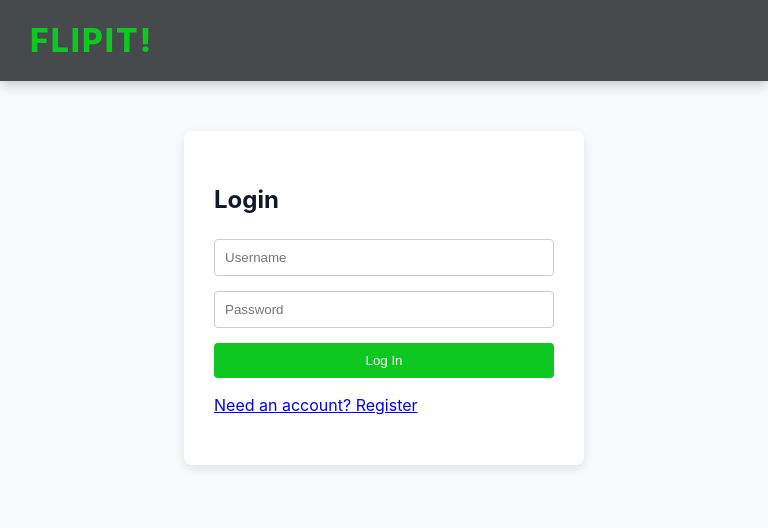
Repository: Mohyih/flipit
Page: / (app in frontend/)
These files come from the project's save history. The page is drawn as it stood at one moment and after the next save; the edit follows.
The browser window is 768 px wide. The pictures show the whole page.
The project was rebuilt for these pictures with package versions that can differ from the ones it lists, and the page was loaded fresh each time. Also part of the build but not shown: frontend/vite.config.js, frontend/src/components/Dashboard.jsx, frontend/src/components/SetEditor.jsx, frontend/src/components/Quiz.jsx.

Above is the page before, as saved 2025-10-24 22:07:30.

### frontend/src/index.css
:root {
  --color-primary-green: #00C853;
  --color-header-bg: #263238;
  --color-text-light: #ECEFF1;
  --color-text-dark: #37474F;
  --color-background: #f4f4f9;
}

body {
  font-family: -apple-system, BlinkMacSystemFont, "Segoe UI", Roboto, "Helvetica Neue", Arial, sans-serif;
  margin: 0;
  padding: 0;
  background-color: var(--color-background);
  color: var(--color-text-dark);
}

.container {
    max-width: 1200px;
    margin: 0 auto;
    padding: 20px;
}

.set-card-description {
    font-size: 0.9em;
    color: var(--color-gray-dark);
    margin-bottom: 10px;
    height: 60px;
    overflow: hidden;
    text-overflow: ellipsis;
    display: -webkit-box;

    -webkit-box-orient: vertical;
}

.dark-mode .set-card-description {
    color: var(--color-gray-dark);
}

.set-card .card-count-text {
    font-size: 0.9em;
    color: #6c757d;
    position: absolute;
    bottom: 20px;
    left: 20px;
}

.dark-mode .set-card .card-count-text {
    color: var(--color-gray-dark);
}

### frontend/src/App.jsx
import React, { useState, useEffect } from 'react';
import './App.css';
import Auth from './components/Auth.jsx';
import Dashboard from './components/Dashboard.jsx';
import SetEditor from './components/SetEditor.jsx';
import Quiz from './components/Quiz.jsx';

// Change this later if you deploy backend online
const API_BASE_URL = 'http://localhost:8080/api';

const App = () => {
  const [theme, setTheme] = useState(localStorage.getItem('flipit_theme') || 'light');
  const [token, setToken] = useState(localStorage.getItem('flipit_token') || null);
  const [user, setUser] = useState(null);
  const [view, setView] = useState(token ? 'dashboard' : 'auth');
  const [currentSetId, setCurrentSetId] = useState(null);
  const [currentSet, setCurrentSet] = useState(null);
  const [sets, setSets] = useState([]);
  const [error, setError] = useState(null);
  const [loading, setLoading] = useState(false);

  useEffect(() => {
    document.body.className = theme === 'dark' ? 'dark-mode' : '';
    localStorage.setItem('flipit_theme', theme);
  }, [theme]);

  const toggleTheme = () => setTheme(prev => (prev === 'light' ? 'dark' : 'light'));

  const apiCall = async (endpoint, method = 'GET', body = null) => {
    setError(null);
    try {
      const headers = { 'Content-Type': 'application/json' };
      if (token) headers['Authorization'] = `Bearer ${token}`;
      const response = await fetch(`${API_BASE_URL}${endpoint}`, {
        method,
        headers,
        body: body ? JSON.stringify(body) : null,
      });
      const data = await response.json();
      if (!response.ok) throw new Error(data.error || 'API error');
      return data;
    } catch (err) {
      setError(err.message);
      console.error(err);
      if (err.message.includes('Authentication')) handleLogout();
      throw err;
    }
  };

  useEffect(() => {
    if (token) {
      setUser({ username: 'Authenticated User' });
      setView('dashboard');
    } else {
      setView('auth');
    }
  }, [token]);

  const handleLogin = newToken => {
    setToken(newToken);
    localStorage.setItem('flipit_token', newToken);
  };

  const handleLogout = () => {
    setToken(null);
    setUser(null);
    setSets([]);
    localStorage.removeItem('flipit_token');
    setView('auth');
  };

  const fetchSetDetails = async setId => {
    try {
      const data = await apiCall(`/sets/${setId}`);
      setCurrentSet(data);
      return data;
    } catch {
      return null;
    }
  };

  const navigateToDashboard = () => {
    setCurrentSetId(null);
    setCurrentSet(null);
    setView('dashboard');
  };

  const navigateToEditor = async setId => {
    setCurrentSetId(setId);
    await fetchSetDetails(setId);
    setView('editor');
  };

  const navigateToQuiz = async setId => {
    setCurrentSetId(setId);
    await fetchSetDetails(setId);
    setView('quiz');
  };

  const navigateToCreateSet = () => {
    setCurrentSetId(null);
    setCurrentSet({ set_id: null, title: '', cards: [] });
    setView('editor');
  };

  const renderContent = () => {
    if (!token) return <Auth apiCall={apiCall} onLogin={handleLogin} />;

    switch (view) {
      case 'dashboard':
        return (
          <Dashboard
            apiCall={apiCall}
            navigateToEditor={navigateToEditor}
            navigateToQuiz={navigateToQuiz}
            navigateToCreateSet={navigateToCreateSet}
            user={user}
            sets={sets}
            setSets={setSets}
          />
        );
      case 'editor':
        return currentSet ? (
          <SetEditor
            apiCall={apiCall}
            set={currentSet}
            refreshSet={() => fetchSetDetails(currentSetId)}
            navigateToDashboard={navigateToDashboard}
          />
        ) : (
          <div>Loading set editor...</div>
        );
      case 'quiz':
        return currentSet ? (
          <Quiz apiCall={apiCall} set={currentSet} navigateToDashboard={navigateToDashboard} />
        ) : (
          <div>Loading quiz...</div>
        );
      default:
        return <div>404: View not found.</div>;
    }
  };

  return (
    <div className={`app ${theme}-mode`}>
      <header className="app-header">
        <h1 onClick={navigateToDashboard} className="logo-button">FLIPIT!</h1>
        <nav className="header-controls">
          {token && (
            <>
              <button onClick={navigateToCreateSet} className="create-set-button">
                + Create Set
              </button>
              <button onClick={toggleTheme} className="nav-button theme-toggle-button">
                {theme === 'light' ? '☾' : '☼'}
              </button>
              <button onClick={handleLogout} className="nav-button logout-button">
                Logout
              </button>
            </>
          )}
        </nav>
      </header>

      {error && <div className="error-message">{error}</div>}
      {loading && <div className="loading-overlay">Loading...</div>}
      {renderContent()}
    </div>
  );
};

export default App;

### frontend/src/App.css
*, *::before, *::after {
    box-sizing: border-box;
}


:root {

    --color-header-bg: #474a4d;
    --color-primary-green: #0fc721;
    --color-text-light: #f3f4f6;
    --color-text-dark: #111827;
    --color-background-light: #f9fafb;
    --color-gray-dark: #4b5563;
    --color-gray-light: #d1d5db;


    --font-family: 'Inter', system-ui, -apple-system, BlinkMacSystemFont, "Segoe UI", Roboto, Oxygen, Ubuntu, Cantarell, "Open Sans", "Helvetica Neue", sans-serif;
}

body.dark-mode {

    background-color: #1a1a1a;
    color: var(--color-text-light);
}

.dark-mode {

    --color-header-bg: #111111;
    --color-text-dark: #f3f4f6;
    --color-background-light: #1a1a1a;
    --color-gray-dark: #b0b0b0;
    --color-gray-light: #333333;

    .set-card,
    .auth-form,
    .quiz-completion-container,
    .add-card-form-container,
    .card-front,
    .card-back

    {
        background: #282828;
        box-shadow: 0 4px 12px rgba(0, 0, 0, 0.5);
    }

    .set-card h4, .set-card p {
        color: var(--color-text-dark);
    }

    .card-front, .card-back {
        color: var(--color-text-dark);
    }

    .card-front {
        border-color: #444;
    }

    .card-back {
        border-color: #777;
        color: var(--color-text-light);
    }


    .card-editor-table th {
        background-color: #333;
        color: var(--color-text-light);
    }
    .card-editor-table th, .card-editor-table td {
        border-bottom: 1px solid #444;
    }


    .quiz-progress-bar-container {
        background-color: #282828;
        box-shadow: 0 4px 15px rgba(0, 0, 0, 0.5);
    }
    .progress-segment {
        background-color: #333333;
    }
    .progress-label {
        color: var(--color-gray-dark);
    }
}

html, body {
    margin: 0;
    padding: 0;
    height: 100%;
    width: 100%;
}

body {
    font-family: var(--font-family);
    background-color: var(--color-background-light);
    color: var(--color-text-dark);
    line-height: 1.6;
    min-height: 100vh;
    -webkit-font-smoothing: antialiased;
}

.app-header {
    background-color: var(--color-header-bg);
    padding: 15px 30px;
    box-shadow: 0 4px 12px rgba(0, 0, 0, 0.2);
    display: flex;
    justify-content: space-between;
    align-items: center;
}

.app-header h1 {
    font-size: 2em;
    font-weight: 800;
    color: var(--color-primary-green);
    letter-spacing: 2px;
    margin: 0;
}

.logo-button {
    cursor: pointer;
    transition: opacity 0.2s ease;
}

.logo-button:hover {
    opacity: 0.85;
}


.nav-button {
    background: transparent;
    color: var(--color-text-light);
    border: none;
    padding: 8px 15px;
    margin-left: 10px;
    cursor: pointer;
    font-weight: 500;
    border-radius: 8px;
    transition: background-color 0.2s ease;
}

.nav-button:hover {
    background: rgba(255, 255, 255, 0.15);
}


.create-set-button {
    background-color: var(--color-primary-green);
    color: var(--color-header-bg);
    font-weight: 700;
    border-radius: 25px;
    padding: 10px 20px;
    margin-left: 20px;
    transition: background-color 0.2s ease, transform 0.1s ease, box-shadow 0.2s ease;
    box-shadow: 0 4px 6px rgba(0, 0, 0, 0.15);
    border: none;
    outline: none;
    box-shadow: none;
}

.create-set-button:hover {
    background-color: #00A647;
    transform: translateY(-2px);
    box-shadow: 0 6px 10px rgba(0, 0, 0, 0.25);
}


.logout-button {
    background-color: #e74c3c;
    color: white;
    font-weight: 700;
    border-radius: 25px;
    padding: 10px 20px;
    margin-left: 20px;
    box-shadow: 0 4px 6px rgba(0, 0, 0, 0.15);
}

.logout-button:hover {
    background-color: #c0392b;
    transform: translateY(-2px);
    box-shadow: 0 6px 10px rgba(0, 0, 0, 0.25);
}


.auth-form {
    max-width: 400px;
    margin: 50px auto;
    padding: 30px;
    background: white;
    border-radius: 8px;
    box-shadow: 0 4px 12px rgba(0, 0, 0, 0.1);
}

.auth-form input {
    width: 100%;
    padding: 10px;
    margin-bottom: 15px;
    border: 1px solid #ccc;
    border-radius: 4px;
    box-sizing: border-box;
}

.auth-form button {
    width: 100%;
    padding: 10px;
    background-color: #0fc721;
    color: white;
    border: none;
    border-radius: 4px;
    cursor: pointer;
}

.auth-form button:hover {
    background-color: #45a049;
}

.quiz-progress-bar-container {
    display: flex;
    justify-content: center;
    gap: 15px;
    margin-bottom: 30px;
    background-color: #fff;
    padding: 15px 25px;
    border-radius: 12px;
    box-shadow: 0 4px 15px rgba(0, 0, 0, 0.08);
    max-width: 500px;
    margin-left: auto;
    margin-right: auto;
}

.progress-segment {
    display: flex;
    flex-direction: column;
    align-items: center;
    padding: 8px 15px;
    border-radius: 8px;
    background-color: #f0f4f8;
    min-width: 100px;
}

.progress-label {
    font-size: 0.9em;
    color: var(--color-gray-dark);
    margin-bottom: 4px;
    font-weight: 600;
}

.progress-value {
    font-size: 1.3em;
    font-weight: 700;
    color: var(--color-text-dark);
}

.correct-segment .progress-value {
    color: #0fc721;
}

.incorrect-segment .progress-value {
    color: #dc3545;
}


.flip-card-container {
    perspective: 1000px;
    width: 100%;
    height: 100%;
    display: flex;
    justify-content: center;
    align-items: center;
    position: relative;
    z-index: 5;
}

.flip-card {
    background-color: transparent;
    width: 450px;
    height: 280px;
    position: relative;
    transition: transform 0.8s, box-shadow 0.2s ease-in-out;
    transform-style: preserve-3d;
    box-shadow: 0 10px 20px rgba(0,0,0,0.15);
    border-radius: 12px;
    max-width: 90%;
}


.flip-card.correct {

    box-shadow: 0 0 0 5px #0fc721, 0 10px 20px rgba(0,0,0,0.15);
}

.flip-card.incorrect {

    box-shadow: 0 0 0 5px #dc3545, 0 10px 20px rgba(0,0,0,0.15);
}


.flip-card.flipped {
    transform: rotateY(180deg);
}

.card-face {
    position: absolute;
    width: 100%;
    height: 100%;
    -webkit-backface-visibility: hidden;
    backface-visibility: hidden;
    display: flex;
    align-items: center;
    justify-content: center;
    font-size: 1.6rem;
    padding: 20px;
    text-align: center;
    border-radius: 12px;
    font-weight: 500;
    overflow: hidden;
    white-space: normal;
    word-wrap: break-word;


}



.card-front {
    background-color: white;
    color: var(--color-text-dark);
    border: 3px solid var(--color-gray-light);
}

.card-back {

    background-color: white;
    color: var(--color-header-bg);
    border: 3px solid var(--color-gray-dark);
    transform: rotateY(180deg);
}


.quiz-button-container {
    position: relative;
    z-index: 10;
    display: flex;
    justify-content: center;
    gap: 25px;
    margin-top: 40px;
    margin-bottom: 30px;
}


.quiz-response-btn {
    background-color: var(--color-primary-green);
    color: var(--color-header-bg);
    border: none;
    padding: 12px 25px;
    font-weight: 700;
    border-radius: 25px;
    cursor: pointer;
    box-shadow: 0 4px 6px rgba(0, 0, 0, 0.15);
    transition: background-color 0.2s ease, transform 0.1s ease;
    min-width: 150px;
    font-size: 1em;
}

.quiz-response-btn:hover {
    transform: translateY(-2px);
}

.quiz-button-container .correct-btn {
    background-color: #0fc721;
}

.quiz-button-container .incorrect-btn {
    background-color: #dc3545;
}

.quiz-button-container .correct-btn:hover {
    background-color: #1e7e34;
}

.quiz-button-container .incorrect-btn:hover {
    background-color: #bd2130;
}


.quiz-action-button {
    background-color: var(--color-gray-dark);
    color: var(--color-text-light);
    border: none;
    padding: 12px 25px;
    font-weight: 600;
    border-radius: 25px;
    cursor: pointer;
    box-shadow: 0 4px 6px rgba(0, 0, 0, 0.1);
    transition: background-color 0.2s ease, transform 0.1s ease, box-shadow 0.2s ease;
    margin-top: 30px;
    font-size: 1em;
}

.quiz-action-button:hover {
    background-color: #5a6268;
    transform: translateY(-2px);
    box-shadow: 0 6px 10px rgba(0, 0, 0, 0.15);
}


.exit-quiz-btn {
    background-color: var(--color-gray-dark);
}


.quiz-completion-container {
    padding: 40px;
    text-align: center;
    background-color: #ffffff;
    border-radius: 15px;
    box-shadow: 0 8px 25px rgba(0, 0, 0, 0.15);
    max-width: 600px;
    margin: 50px auto;
}

.quiz-completion-container h2 {
    font-size: 2.5em;
    color: var(--color-primary-green);
    margin-bottom: 20px;
    letter-spacing: 1px;
}

.quiz-completion-container p {
    font-size: 1.1em;
    color: var(--color-text-dark);
    margin-bottom: 15px;
}

.quiz-stats-summary {
    display: flex;
    justify-content: center;
    gap: 30px;
    margin: 30px 0;
}

.stat-item {
    background-color: #f0f4f8;
    padding: 20px 30px;
    border-radius: 12px;
    box-shadow: 0 2px 10px rgba(0,0,0,0.05);
    min-width: 140px;
}

.stat-item h3 {
    font-size: 1.1em;
    color: var(--color-gray-dark);
    margin-top: 0;
    margin-bottom: 8px;
}

.stat-item p {
    font-size: 2.2em;
    font-weight: 800;
    color: var(--color-primary-green);
    margin: 0;
    line-height: 1;
}

.stat-item.incorrect-stat p {
    color: #dc3545;
}

.stat-item.percentage-stat p {
    color: var(--color-header-bg);
}


.redo-incorrect-btn {
    background-color: var(--color-primary-green);
    color: var(--color-header-bg);
    margin-top: 30px;
}

.redo-incorrect-btn:hover {
    background-color: #00A647;
}

.return-dashboard-btn {
    background-color: var(--color-gray-dark);
    color: var(--color-text-light);
    margin-top: 15px;
}

.set-list {
    display: flex;
    flex-wrap: wrap;
    gap: 20px;
    justify-content: center;
    padding: 20px;
    max-width: 1200px;
    margin: 0 auto;
}

.set-card {
    background: white;
    padding: 20px;
    border-radius: 12px;
    box-shadow: 0 4px 10px rgba(0,0,0,0.1);
    width: 300px;
    height: 220px;
    cursor: pointer;
    transition: transform 0.2s ease, box-shadow 0.2s ease;
    position: relative;
    overflow: hidden;
}

.set-card:hover {
    box-shadow: 0 8px 15px rgba(0,0,0,0.2);
    transform: translateY(-3px);
}

.set-card h4 {
    margin-top: 0;
    margin-bottom: 5px;
    font-size: 1.25em;
    color: var(--color-text-dark);
    white-space: nowrap;
    overflow: hidden;
    text-overflow: ellipsis;

    max-width: 80%;

}

.set-card .set-description {
    font-size: 0.95em;
    color: var(--color-gray-dark);
    margin-top: 5px;
    margin-bottom: 10px;
    display: -webkit-box;
    -webkit-line-clamp: 3;
    -webkit-box-orient: vertical;
    overflow: hidden;
    text-overflow: ellipsis;
}

.set-card p {
    font-size: 0.9em;
    color: #6c757d;
}


.set-icon-button {
    position: absolute;
    top: 10px;
    background: none;
    border: none;
    cursor: pointer;
    font-size: 1.2rem;
    padding: 5px;
    transition: color 0.15s ease, background-color 0.15s ease;
    border-radius: 50%;
    line-height: 1;
    z-index: 20;
}

.set-icon-button:hover {
    opacity: 0.8;
}


.manage-set-btn {
    right: 25px;
    color: #6c757d;
}

.manage-set-btn:hover {
    color: var(--color-primary-green);
    background-color: rgba(0, 192, 92, 0.1);
}


.delete-set-btn {
    right: 5px;
    color: #dc3545;
    font-weight: bold;
}

.delete-set-btn:hover {
    color: white;
    background-color: #dc3545;
}

.action-button {
    background-color: #6c757d;
    color: white;
    border: none;
    padding: 6px 12px;
    margin-top: 10px;
    margin-right: 5px;
    font-size: 0.9rem;
    cursor: pointer;
    border-radius: 6px;
    transition: background-color 0.2s ease, transform 0.1s ease;
    box-shadow: 0 2px 4px rgba(0, 0, 0, 0.1);
}

.action-button:hover {
    background-color: #5a6268;
    transform: translateY(-1px);
}

.action-button.edit-btn {
    background-color: #ffc107;
    color: #333;
}

.action-button.edit-btn:hover {
    background-color: #e0a800;
}

.action-button.delete-btn {
    background-color: #dc3545;
}

.action-button.delete-btn:hover {
    background-color: #c82333;
}

.action-button.quiz-btn {
    background-color: var(--color-primary-green);
    color: var(--color-header-bg);
}

.action-button.quiz-btn:hover {
    background-color: #00A647;
}


.primary-editor-button {

    background-color: var(--color-primary-green);
    color: var(--color-header-bg);
    font-weight: 700;
    border-radius: 25px;
    padding: 10px 20px;
    transition: background-color 0.2s ease, transform 0.1s ease, box-shadow 0.2s ease;
    box-shadow: 0 4px 6px rgba(0, 0, 0, 0.15);
}

.primary-editor-button:hover {
    background-color: #00A647;
    transform: translateY(-2px);
    box-shadow: 0 6px 10px rgba(0, 0, 0, 0.25);
}


.editor-title {
    font-size: 2em;
    font-weight: 800;
    color: var(--color-text-dark);
    letter-spacing: 2px;
    margin-bottom: 30px;

    white-space: nowrap;
    overflow: hidden;
    text-overflow: ellipsis;
    max-width: 90%;
    margin-left: auto;
    margin-right: auto;
}


.card-action-icon {
    background: none;
    border: none;
    cursor: pointer;
    margin: 0 5px;
    padding: 5px;
    transition: transform 0.1s ease;
    font-size: 1.5rem;
    line-height: 1;
}

.card-action-icon:hover {
    transform: scale(1.1);
}

.card-action-icon.gear-icon {
    color: #6c757d;
}

.card-action-icon.gear-icon:hover {
    color: #ffc107;
}

.card-action-icon.delete-icon {
    color: #dc3545;
}

.card-action-icon.delete-icon:hover {
    color: #c82333;
}


.add-card-form-container {
    display: flex;
    flex-direction: column;
    align-items: center;
    margin: 0 auto 40px auto;
    padding: 30px;
    border: 1px solid #ddd;
    border-radius: 8px;
    background-color: white;
    max-width: 400px;
    width: 90%;
    aspect-ratio: 1 / 1;
    justify-content: space-around;
    box-shadow: 0 4px 10px rgba(0,0,0,0.05);
}

.add-card-form-container input {
    margin: 5px 0 15px 0;
    padding: 12px;
    width: 90%;
    max-width: 350px;
    border: 1px solid #ccc;
    border-radius: 6px;
}


.card-editor-table {
    width: 100%;
    border-collapse: separate;
    border-spacing: 0;
    margin-top: 20px;
    border-radius: 8px;
    overflow: hidden;
    box-shadow: 0 2px 8px rgba(0, 0, 0, 0.05);
}

.card-editor-table th, .card-editor-table td {
    border: none;
    border-bottom: 1px solid #eee;
    padding: 12px 15px;
    text-align: left;

    max-width: 250px;
    white-space: nowrap;
    overflow: hidden;
    text-overflow: ellipsis;
}

.card-editor-table th {
    background-color: #f8f9fa;
    color: #333;
    font-weight: 600;
    text-transform: uppercase;
    font-size: 0.85rem;
}


.card-editor-table input[type="text"] {
    width: 90%;
    padding: 8px;
    border: 1px solid var(--color-primary-green);
    border-radius: 4px;
    font-size: 1rem;
    box-sizing: border-box;
}


.card-editor-table .action-button {
    margin: 0 3px;
    padding: 5px 10px;
}

.theme-toggle-button {

    background: transparent !important;
    border: 1px solid var(--color-gray-light);
    border-radius: 50%;
    width: 40px;
    height: 40px;
    padding: 0;
    display: flex;
    align-items: center;
    justify-content: center;
    margin-left: 20px;

    color: var(--color-text-light) !important;
    font-size: 1.5rem;
    transition: all 0.2s ease;
}

.theme-toggle-button:hover {
    background: rgba(255, 255, 255, 0.15) !important;
    transform: scale(1.05);
}

.header-controls {
    display: flex;
    align-items: center;
}

.text-truncate {
    white-space: nowrap;
    overflow: hidden;
    text-overflow: ellipsis;
    display: block;
}

.text-truncate {
    white-space: nowrap;
    overflow: hidden;
    text-overflow: ellipsis;
    display: block;
}

.material-symbols-outlined {

    font-variation-settings:
    'FILL' 0,
    'wght' 400,
    'GRAD' 0,
    'opsz' 24;


    font-family: 'Material Symbols Outlined';
    font-weight: normal;
    font-style: normal;
    line-height: 1;
    text-transform: none;
    display: inline-block;
    white-space: nowrap;
    word-wrap: normal;
    direction: ltr;
    -webkit-font-smoothing: antialiased;
    color: inherit;
}

### frontend/src/components/Auth.jsx
import React, { useState } from 'react';

const Auth = ({ apiCall, onLogin }) => {
    const [isLogin, setIsLogin] = useState(true);
    const [username, setUsername] = useState('');
    const [password, setPassword] = useState('');
    const [message, setMessage] = useState('');

    const handleSubmit = async (e) => {
        e.preventDefault();
        setMessage('');
        const endpoint = isLogin ? '/login' : '/register';

        try {
            const data = await apiCall(endpoint, 'POST', { username, password });

            if (isLogin) {
                onLogin(data.user_id);
            } else {
                setMessage('Registration successful! Please log in.');
                setIsLogin(true);
            }
        } catch (error) {

        }
    };

    return (
        <div className="auth-form">
            <h2>{isLogin ? 'Login' : 'Register'}</h2>
            {message && <p style={{ color: 'green' }}>{message}</p>}
            <form onSubmit={handleSubmit}>
                <input
                    type="text"
                    placeholder="Username"
                    value={username}
                    onChange={(e) => setUsername(e.target.value)}
                    required
                />
                <input
                    type="password"
                    placeholder="Password"
                    value={password}
                    onChange={(e) => setPassword(e.target.value)}
                    required
                />
                <button type="submit">
                    {isLogin ? 'Log In' : 'Sign Up'}
                </button>
            </form>
            <p style={{marginTop: '15px'}}>
                <a href="#" onClick={() => setIsLogin(!isLogin)}>
                    {isLogin ? 'Need an account? Register' : 'Have an account? Login'}
                </a>
            </p>


        </div>
    );
};

export default Auth;

Loaded but not shown: frontend/index.html (common file); frontend/src/main.jsx (common file)

After the next save:
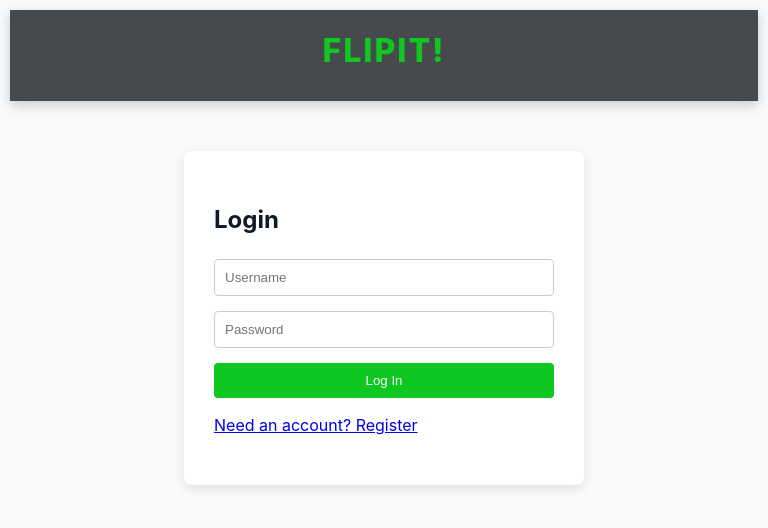
Saved 51 s later.
--- a/frontend/src/App.css
+++ b/frontend/src/App.css
@@ -832,3 +832,89 @@ body {
     -webkit-font-smoothing: antialiased;
     color: inherit;
 }
+
+/* ========================================= */
+/* 🌿 MOBILE RESPONSIVE DESIGN (Clean layout) */
+/* ========================================= */
+@media (max-width: 768px) {
+
+  /* General container spacing */
+  body, .dashboard, .set-editor, .quiz-container {
+    padding: 10px;
+  }
+
+  /* Header adjustments */
+  header {
+    flex-direction: column;
+    align-items: center;
+    text-align: center;
+    gap: 10px;
+  }
+
+  header .create-set-button {
+    width: 90%;
+    max-width: 350px;
+    text-align: center;
+    padding: 12px;
+    font-size: 16px;
+  }
+
+  /* Dashboard cards */
+  .set-list {
+    display: flex;
+    flex-direction: column;
+    align-items: center;
+    gap: 15px;
+  }
+
+  .set-card {
+    width: 95%;
+    font-size: 14px;
+    padding: 15px;
+  }
+
+  /* Editor forms */
+  .set-editor input,
+  .set-editor textarea {
+    width: 95% !important;
+    font-size: 15px;
+  }
+
+  .primary-editor-button {
+    width: 90%;
+    font-size: 16px;
+  }
+
+  /* Quiz layout */
+  .quiz-title {
+    font-size: 1.25rem;
+    margin-bottom: 10px;
+  }
+
+  .flip-card-container {
+    width: 95%;
+    height: auto;
+  }
+
+  .quiz-response-btn,
+  .quiz-action-button {
+    width: 90%;
+    max-width: 350px;
+    margin: 8px auto;
+    display: block;
+    font-size: 16px;
+  }
+
+  /* Table responsiveness */
+  .card-editor-table {
+    display: block;
+    overflow-x: auto;
+    white-space: nowrap;
+    border-radius: 8px;
+  }
+
+  /* Improve readability on smaller devices */
+  h2, h3, p, td, th {
+    word-wrap: break-word;
+  }
+}
